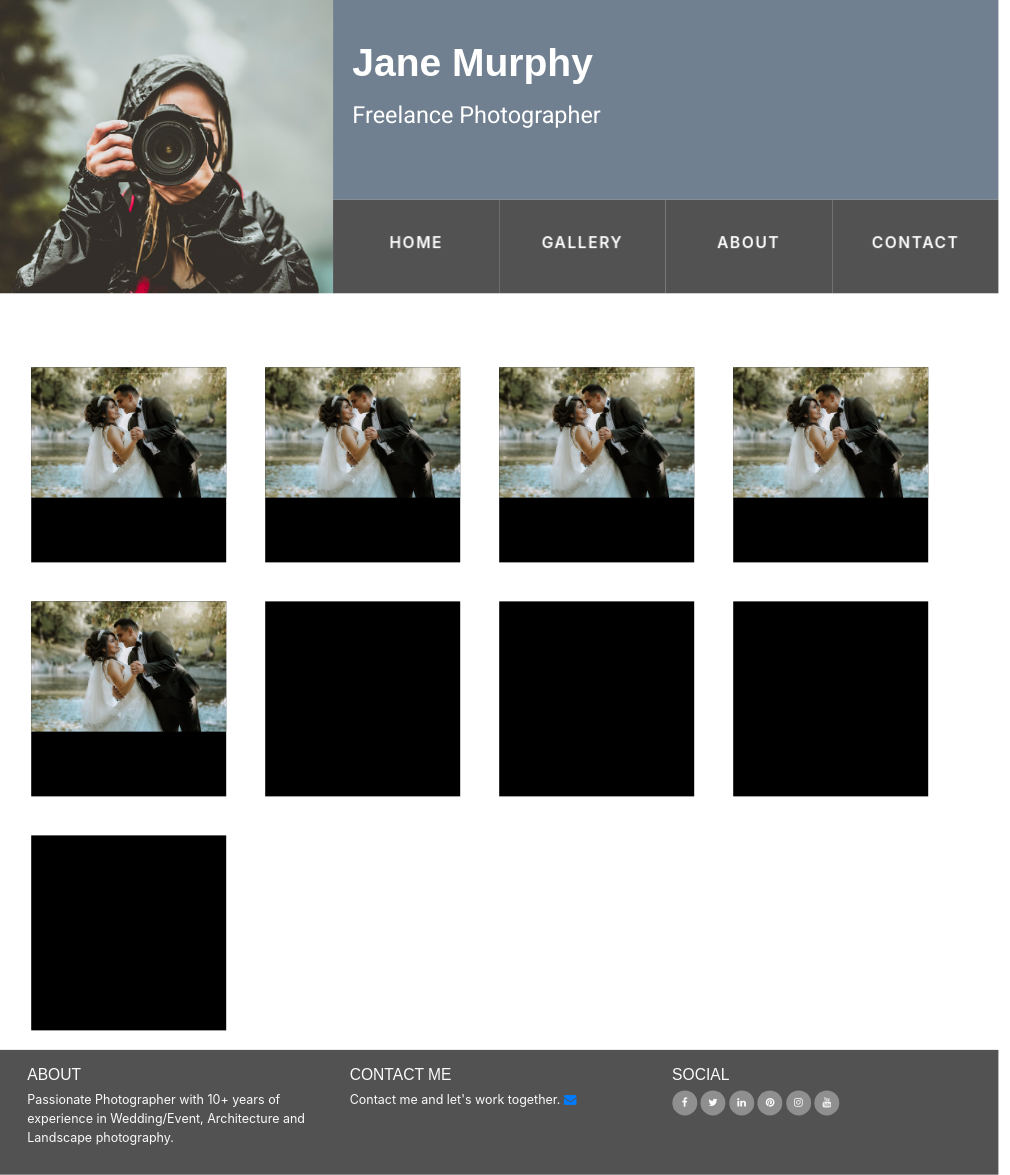
Repository: Code-Institute-Submissions/MrChrisRandall-milestone-1
Page: gallery.html
The author's editor kept a record of every edit. The page is drawn from the files as they stood at one moment, then again after the next edit.
The browser window is 1280 px wide. The page is 1295 px wide, so the pictures cover 1295 px, including what lies to the right of the window. The pictures show the whole page, at 78% of full size.

Above is the page before.

After the next edit:
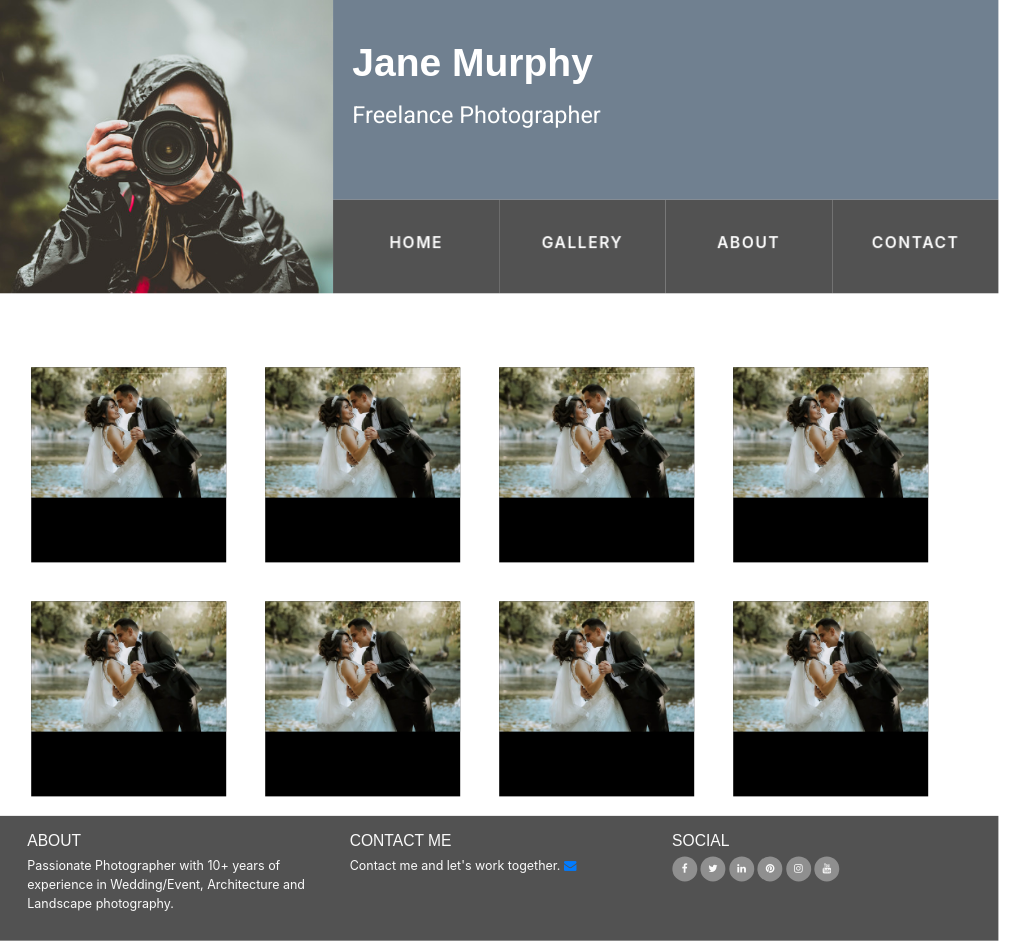
The edit:
--- a/gallery.html
+++ b/gallery.html
@@ -77,10 +77,21 @@
                     <img src="assets/images/wedding1.jpg"></img>
                 </div>
             </div>
-            <div class="box"></div>
-            <div class="box"></div>
-            <div class="box"></div>
-            <div class="box"></div>
+            <div class="box">
+                <div class="imgBox">
+                    <img src="assets/images/wedding1.jpg"></img>
+                </div>
+            </div>
+            <div class="box">
+                <div class="imgBox">
+                    <img src="assets/images/wedding1.jpg"></img>
+                </div>
+            </div>
+            <div class="box">
+                <div class="imgBox">
+                    <img src="assets/images/wedding1.jpg"></img>
+                </div>
+            </div>
         </div>
     </section>
 
